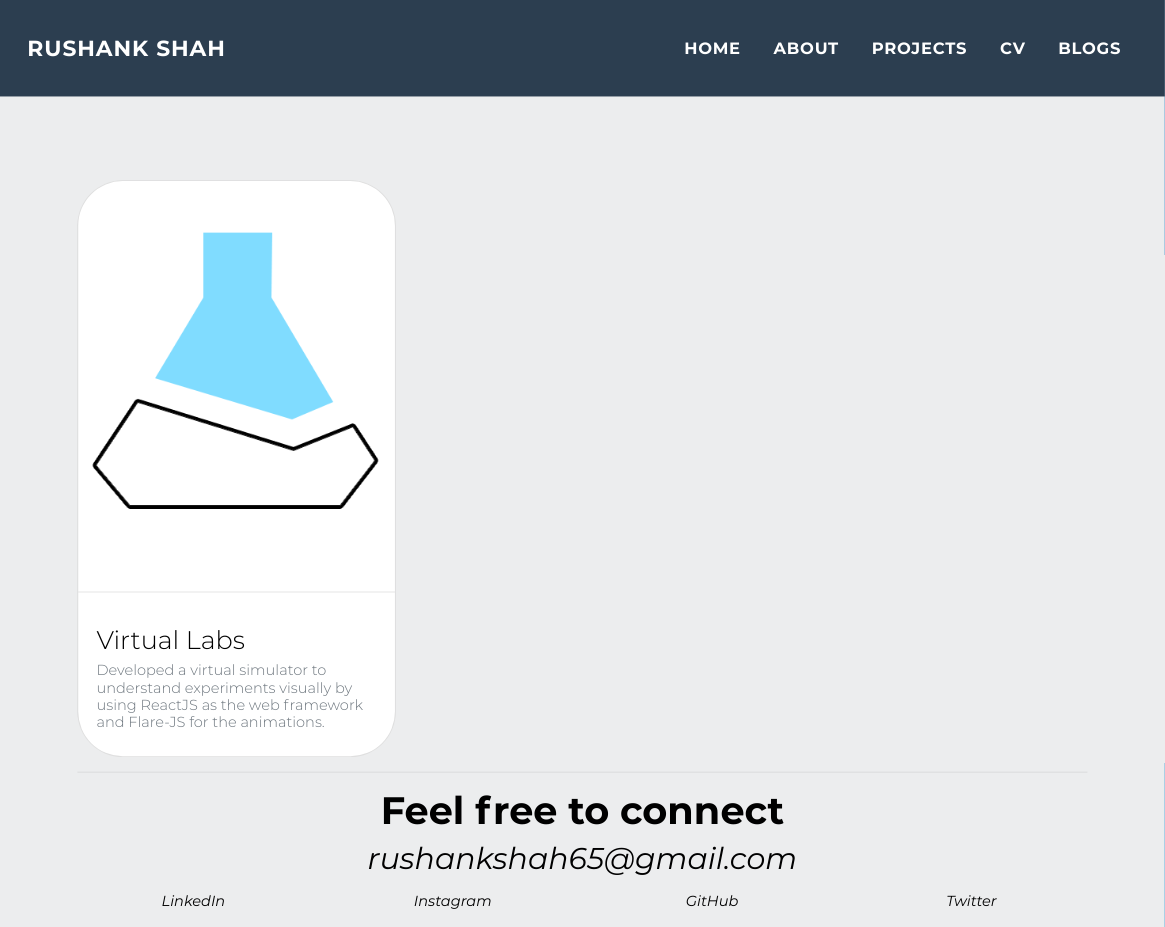
Repository: rushankshah/rushank-shah
Page: /projects
These files come from the project's save history. The page is drawn as it stood at one moment and after the next save; the edit follows.
The browser window is 1280 px wide. The pictures show the whole page, at 91% of full size.
The project was rebuilt for these pictures with package versions that can differ from the ones it lists, and the page was loaded fresh each time. The framework's server and built-in components were replaced by stand-ins that run in the browser. Also part of the build but not shown: next.config.js.

Above is the page before, as saved 2020-12-02 20:10:15.

### pages/projects.js
import BaseLayout from '../components/layouts/BaseLayout'
import BasePage from '../components/BasePage'
import { Card, CardBody, CardImg, CardSubtitle, CardTitle, Col, Row } from 'reactstrap'


const projects = () => {
    return (
        <BaseLayout>
            <BasePage className='projects-page'>
                <Row className='mt-5'>
                    <Col md='4'>
                        <Card className='intro' style={{ borderRadius: '50px' }}>
                            <CardImg width='25%' top src="/static/images/virtual-labs-logo.png" alt="Card image cap"></CardImg>
                            <hr></hr>
                            <CardBody>
                                <CardTitle tag='h3'>
                                    Virtual Labs
                                </CardTitle>
                                <CardSubtitle tag="h6" className="mb-2 text-muted">Developed a virtual simulator to understand experiments visually by using ReactJS as the web framework and Flare-JS for the animations.</CardSubtitle>
                            </CardBody>
                        </Card>
                    </Col>
                </Row>
                <hr></hr>
            </BasePage>
        </BaseLayout>
    )
}

export default projects

### styles/main.scss
@import './shared/fonts';
@import './index';
@import './header';
@import './shared/colors';
@import 'about';
@import 'projects';

html, body {
    height:100%;
    width:100%;
    font-family: 'Montserrat', 'Helvetica';
  }

.self-typed{
  font-size: 31px;
  font-weight: 500;
  letter-spacing: 2px;
  color: white;
}

.absolute {
  position: absolute;
}

.base-page {
  padding-top: 150px;
  color: white;
  background-color: #ecedee;
  min-height: 100vh;

  .page-header {
    .page-header-title {
      font-weight: 700;
      color: black;
      display: inline-block;
      margin-bottom: 20px;
    }
  }
}

.social-media:hover{
  color: #dba919;
  cursor: pointer;
}

.clickable{
  cursor: pointer;
}

### components/layouts/BaseLayout.js
import React from 'react'
import Header from '../shared/Header'

const BaseLayout = (props) => {

    const { className, children } = props

    const headerType = props.headerType || 'default'

    return (
        <div className='layout-container'>
            <Header className={`port-nav-${headerType}`} />
            <main className={`cover ${className}`}>
                <div className='wrapper'>
                    {children}
                </div>
            </main>
        </div>
    )
}

export default BaseLayout

### components/BasePage.js
import React from 'react'
import { Container } from 'reactstrap'
import Footer from './shared/Footer'

export default function BasePage(props) {
    const className = props.className || ''
    const title = props.title
    return (
        <div className={`base-page ${className}`}>
            <Container>
                {props.children}
                <Footer />
            </Container>
        </div>
    )
}

### styles/shared/_fonts.scss
@font-face {
    font-family: 'Montserrat';
    src: url('/static/fonts/2.3\ Montserrat-Regular.ttf');
    font-weight: normal;
    font-style: normal;
}

@font-face {
    font-family: 'Montserrat';
    src: url('/static/fonts/2.4\ Montserrat-Bold.ttf');
    font-weight: bold;
    font-style: normal;
}

@font-face {
    font-family: 'Montserrat';
    src: url('/static/fonts/2.2\ Montserrat-Light.ttf');
    font-weight: lighter;
    font-style: normal;
}

@font-face {
    font-family: 'Montserrat';
    src: url('/static/fonts/2.1\ Montserrat-Italic.ttf');
    font-weight: normal;
    font-style: italic;
}

### styles/_index.scss
  // ---------- Index Page CSS ------------
  .cover {
    background-image: linear-gradient(45deg,#00aeef 0%,#096fb9 100%);
    overflow: hidden;
    position: relative;
  }

  .wrapper {
    min-height: 100vh;
    min-width: 100vw;
    margin-top: 0;
    position: relative;
  }

  .main-section {
    top: 150px;
    width: 100%;
    padding: 150px 0 0;
  }

  .hero-section{
    h2 {
      color: white;
      font-weight: bold;
      margin-bottom: 10px;
    }

    perspective: 1000px;
    color: white;
    width: 400px;
    position: relative;

    &-content {
      position: absolute;
      bottom: 20px;
      width: 360px;
      left: 6%;
      z-index: 1;

      &-intro {
        font-size: 17px;
      }
    }
  }

  .image {
    width: auto;
    max-width: 100%;
  }

  .hero-welcome-text > h1 {
    color: white;
    text-transform: uppercase;
    font-size: 27px;
    margin-top: 80px;
  }

  .hero-welcome-bio {
    margin-top: 20px;
    color: white;

    .fa-stack {
      font-size: 28px;
    }

    .list-inline-item {
      > a {
        color: #373737;
      }
    }
  }

  .hero-welcome-wrapper {
    justify-content: flex-end;

  }

  @media (max-width: 991px) {
    .hero-section {
      width: 341px;
      height: 445px;

      &-content {
        width: 341px;
      }
    }

    .hero-welcome-text > h1 {
      margin-top: 0px;
    }
  }

  .background-image {
    position: absolute;
    width: 1762px;
    height: 493px;
  }

  .shadow-custom {
    width: 100%;
    height: 100%;
    position: absolute;
    top: 0;
    box-shadow: -17px 13px 41px rgba(13,78,158,0.6);
    border: 2px solid #3bace5;

    .shadow-inner {
      width: 100%;
      height: 100%;
      box-shadow: -17px 13px 13px rgba(0,0,0,0.09);
    }
  }

  .shadow-custom-2 {
    border: 2px solid #f37d49;
    box-shadow: -17px 13px 41px rgba(13,78,158,0.3);
  }

  .flipper{
    transition: 1s;
    transform-style: preserve-3d;
    position: relative;
  }

  .flipper.isFlipping{
    transform: rotateY(-180deg);
  }

  .front, .back{
    backface-visibility: hidden;
    position: absolute;
    top: 0;
    left: 0;
  }

  .cover-0 {
  }

  .cover-1 {
    background-image: linear-gradient(45deg, rgb(254, 202, 83), rgb(253, 157, 97));
  }

  .front{
    transform: rotateY(0deg);
    z-index: 9999;
  }

  .back{
    transform: rotateY(180deg);
  }

### styles/_header.scss
@import './shared/colors';
  // HEADER
  .port-navbar.port-nav-base {
    width: 100%;
    z-index: 15;
    padding: 40px;

    .port-navbar {
      &-brand {
        color: white;
        font-size: 24px;
        text-transform: uppercase;
        letter-spacing: 1px;
        font-weight: bold;
      }

      &-item {
        margin-left: 10px;
        margin-right: 10px;
      }

      &-link {
        color: white;
        font-weight: bold;
        letter-spacing: 0.8px;
        font-size: 18px;
        text-transform: uppercase;

        &.active {
        color: #dba919;
        }

        &:hover, &:focus {
          color: #dba919;
        }
      }
    }
  }

  .port-navbar.port-nav-base.port-nav-default {
    padding: 30px;
    background-color: $secondary !important;
  }

  .bg-transparent.menu-open {
    background-color: #2C3E50 !important;
  }

  .bg-transparent.menu-close {
    transition: 1s;
  }

### styles/shared/_colors.scss
$main-color-blue: #0977C0;
$main-color-red: 'red';

$navbar-orange: #dba919;
$base-page-white: #ecedee;

$white: #fff !default;
$gray-100: #f8f9fa !default;
$gray-200: #e9ecef !default;
$gray-300: #dee2e6 !default;
$gray-400: #ced4da !default;
$gray-500: #adb5bd !default;
$gray-600: #868e96 !default;
$gray-700: #495057 !default;
$gray-800: #343a40 !default;
$gray-900: #212529 !default;
$black: #000 !default;

$primary: #18BC9C !default;
$secondary: #2C3E50 !default;

$blue:    #007bff !default;
$indigo:  #6610f2 !default;
$purple:  #6f42c1 !default;
$pink:    #e83e8c !default;
$red:     #dc3545 !default;
$orange:  #fd7e14 !default;
$yellow:  #ffc107 !default;
$green:   #28a745 !default;
$teal:    #0085A1 !default;
$cyan:    #17a2b8 !default;

### styles/_about.scss
@import './shared/mixins';
.about-page {
    .left-side {
      // margin-top: 10vh;

      color: black;
      text-align: left;
    }

    .fadein {
      opacity: 0;

      @include animation(fadein 2s);
      @include animation-fill-mode(forwards);
    }

    .intro{
        color: black;
        font-weight: lighter;
    }

    .title {
      @include animation-detail(0.7s);
      font-size: 42px;
      font-weight: bold;
    }

    .subtitle {
      @include animation-detail(2.2s);
      font-size: 33px;
    }

    .subsubTitle {
      @include animation-detail(3.6s);
      font-size: 18px;
    }

    @keyframes fadein {
      from { opacity: 0; }
      to   { opacity: 1; }
    }
  }

### styles/shared/_mixins.scss
// MIXINS
@mixin background-cover() {
    -webkit-background-size: cover;
    -moz-background-size: cover;
    -o-background-size: cover;
    background-size: cover;
  }

  @mixin animation($animationType) {
    -webkit-animation: $animationType; /* Safari, Chrome and Opera > 12.1 */
       -moz-animation: $animationType; /* Firefox < 16 */
        -ms-animation: $animationType; /* Internet Explorer */
         -o-animation: $animationType; /* Opera < 12.1 */
            animation: $animationType;
  }


  @mixin animation-fill-mode($animationMode) {
    -webkit-animation-fill-mode: $animationMode;  /* this makes sure that after animation is done we remain at the last keyframe value (opacity: 1)*/
    -moz-animation-fill-mode: $animationMode;
    animation-fill-mode: $animationMode;
  }


  @mixin animation-detail($detail) {
    -webkit-animation-delay: $detail;
    -moz-animation-delay: $detail;
    animation-delay: $detail;
  }

### styles/_projects.scss
@import './shared/mixins';
.projects-page {
    .left-side {
      // margin-top: 10vh;

      color: black;
      text-align: left;
    }

    .fadein {
      opacity: 0;

      @include animation(fadein 2s);
      @include animation-fill-mode(forwards);
    }

    .intro{
        color: black;
        font-weight: lighter;
    }

    .title {
      @include animation-detail(0.7s);
      font-size: 42px;
      font-weight: bold;
    }

    .subtitle {
      @include animation-detail(2.2s);
      font-size: 33px;
    }

    .subsubTitle {
      @include animation-detail(3.6s);
      font-size: 18px;
    }

    @keyframes fadein {
      from { opacity: 0; }
      to   { opacity: 1; }
    }
  }

### components/shared/Header.js
import { useState } from 'react'
import Link from 'next/link'
import Head from 'next/head'
import {
    Collapse,
    Navbar,
    NavbarToggler,
    NavbarBrand,
    Nav,
    NavItem
} from 'reactstrap';

const Header = (props) => {
    const [isOpen, setIsOpen] = useState(false);

    const toggle = () => setIsOpen(!isOpen);

    const className = props.className

    const menuOpenClass = isOpen ? 'menu-open' : 'menu-close'

    return (
        <div>
            <Head>
                <title>Rushank Shah</title>
                <link rel="icon" href="/static/images/R.jpg" />
                <link href="https://cdn.lineicons.com/2.0/LineIcons.css" rel="stylesheet"></link>
            </Head>
            <Navbar className={`port-navbar port-nav-base absolute ${className} ${menuOpenClass}`} color="transparent" dark expand="md">
                <NavbarBrand className='port-navbar-brand'>Rushank Shah</NavbarBrand>
                <NavbarToggler onClick={toggle} />
                <Collapse isOpen={isOpen} navbar>
                    <Nav className="ml-auto" navbar>
                        <NavItem className='port-navbar-item'>
                            <Link href='/'>
                                <a className='nav-link port-navbar-link'> Home </a>
                            </Link>
                        </NavItem>
                        <NavItem className='port-navbar-item'>
                            <Link href='/about'>
                                <a className='nav-link port-navbar-link'> About </a>
                            </Link>
                        </NavItem>
                        <NavItem className='port-navbar-item'>
                            <Link href='/projects'>
                                <a className='nav-link port-navbar-link'> Projects </a>
                            </Link>
                        </NavItem>
                        <NavItem className='port-navbar-item'>
                            <Link href='/cv'>
                                <a className='nav-link port-navbar-link'> CV </a>
                            </Link>
                        </NavItem>
                        <NavItem className='port-navbar-item'>
                            <Link href='/blogs'>
                                <a className='nav-link port-navbar-link'> Blogs </a>
                            </Link>
                        </NavItem>
                    </Nav>
                </Collapse>
            </Navbar>
        </div>
    )
}

export default Header

### components/shared/Footer.js
import { Col, Row } from "reactstrap";

export default function Footer() {
    return (
        <div>
            <div className='intro'>
                <h5 className='title' style={{ textAlign: 'center', color: 'black' }}>
                    Feel free to connect
                </h5>
                <h5 className='subtitle' style={{ textAlign: 'center', color: 'black' }}>
                    <a target='_blank' style={{ color: 'black', textDecoration: 'none' }} href='mailto:rushankshah65@gmail.com'>
                        <i className="lni lni-envelope lni-lg lni-32 social-media"> rushankshah65@gmail.com</i>
                    </a>
                </h5>
                <Row className='mt-3' style={{ textAlign: 'center', color: 'black' }}>
                    <Col md='3'>
                        <div>
                            <a target='_blank' style={{ color: 'black', textDecoration: 'none' }} href='https://www.linkedin.com/in/rushank-shah-65836b1a6/'>
                                <i className="lni lni-linkedin-original lni-lg lni-32 social-media">LinkedIn</i>
                            </a>
                        </div>
                    </Col>
                    <Col md='3'>
                        <div>
                            <a target='_blank' style={{ color: 'black', textDecoration: 'none' }} href='https://www.instagram.com/rushankshah65/'>
                                <i className="lni lni-instagram lni-lg lni-32 social-media">Instagram</i>
                            </a>
                        </div>
                    </Col>
                    <Col md='3'>
                        <div>
                            <a target='_blank' style={{ color: 'black', textDecoration: 'none' }} href='https://github.com/rushankshah'>
                                <i className="lni lni-github-original lni-lg lni-32 social-media">GitHub</i>
                            </a>
                        </div>
                    </Col>
                    <Col md='3'>
                        <div>
                            <a target='_blank' style={{ color: 'black', textDecoration: 'none' }} href='https://twitter.com/ShahRushank'>
                                <i className="lni lni-twitter-original lni-lg lni-32 social-media">Twitter</i>
                            </a>
                        </div>
                    </Col>
                </Row>
                <Row className='mt-3'>
                </Row>
            </div>
        </div>
    )
}

Loaded but not shown: pages/_app.js (common file)

After the next save:
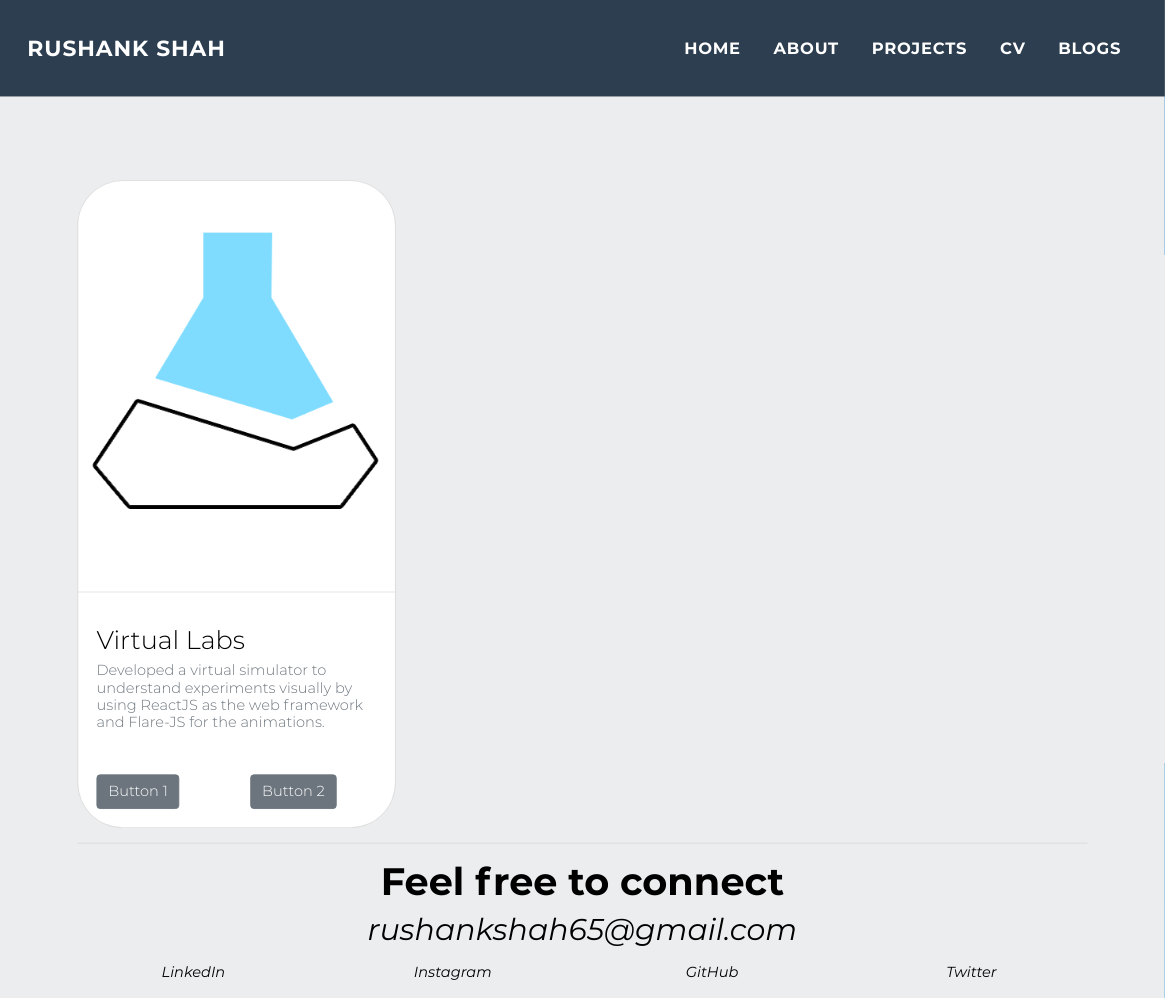
Saved 79 s later.
--- a/pages/projects.js
+++ b/pages/projects.js
@@ -1,6 +1,6 @@
 import BaseLayout from '../components/layouts/BaseLayout'
 import BasePage from '../components/BasePage'
-import { Card, CardBody, CardImg, CardSubtitle, CardTitle, Col, Row } from 'reactstrap'
+import { Button, Card, CardBody, CardImg, CardSubtitle, CardTitle, Col, Row } from 'reactstrap'
 
 
 const projects = () => {
@@ -17,6 +17,14 @@
                                     Virtual Labs
                                 </CardTitle>
                                 <CardSubtitle tag="h6" className="mb-2 text-muted">Developed a virtual simulator to understand experiments visually by using ReactJS as the web framework and Flare-JS for the animations.</CardSubtitle>
+                                <Row className='mt-5'>
+                                <Col md='6'>
+                                    <Button>Button 1</Button>
+                                </Col>
+                                <Col md='6'>
+                                    <Button>Button 2</Button>
+                                </Col>
+                                </Row>
                             </CardBody>
                         </Card>
                     </Col>
